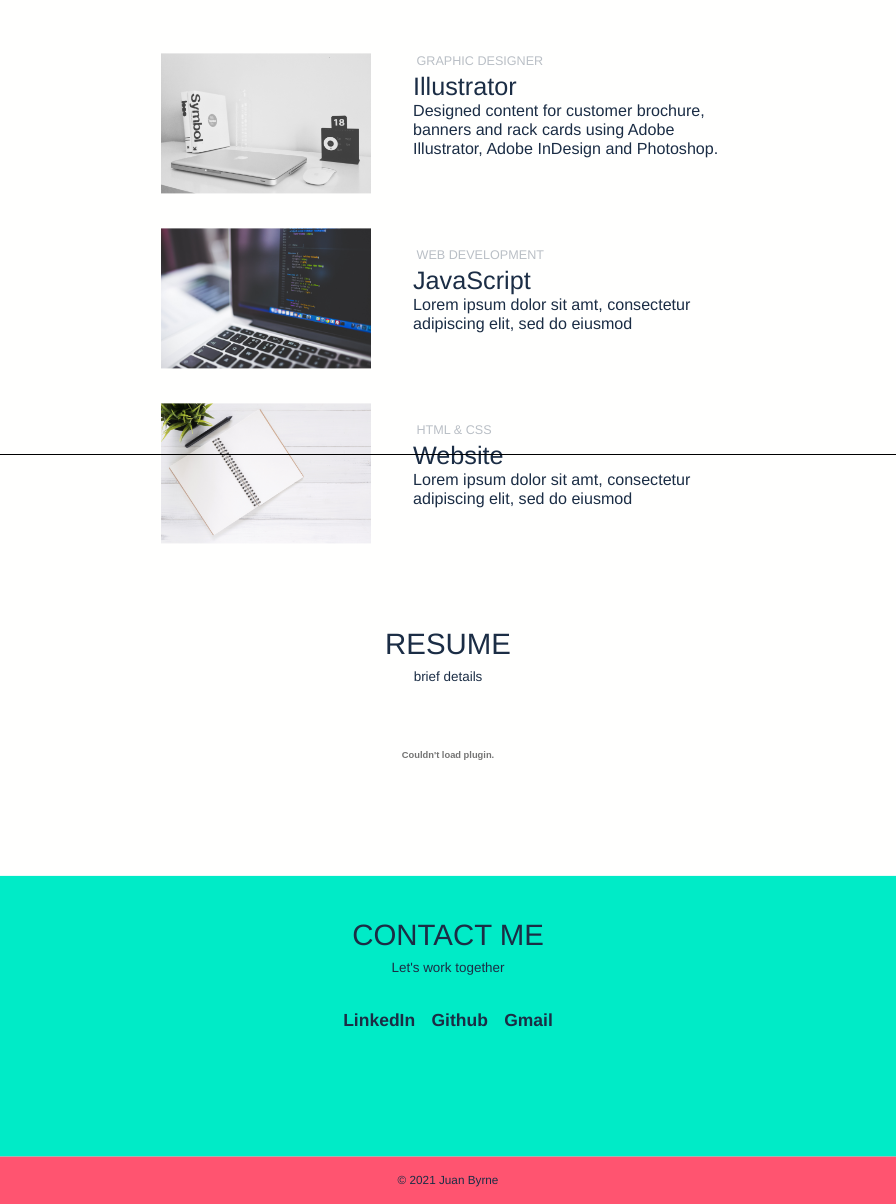
Repository: jb150524/JB-Portfolio
Page: index.html
An editor plug-in stored every save of this project. The page is shown before and after a run of saves, followed by the edit.
The browser window is 1280 px wide. The pictures show the part of the page from y = 2256 to 4176 px (the page is 3976 px tall before and 4176 px after), at 70% of full size.
Some icons come from a web library that is not loaded, so they are not drawn.

Above is the page before, as saved 2021-07-28 00:06:41.

### index.html
<!DOCTYPE html>
<!-- saved from url=(0053)file:///Users/jja/FullStack_HW/juanwebsite/index.html -->

    <html lang="en"><head><meta http-equiv="Content-Type" content="text/html; charset=UTF-8">

    <meta http-equiv="X-UA-Compatible" content="IE=edge">
    <meta name="viewport" content="width=device-width, initial-scale=1.0">

    <!-- CSS style sheet -->
    <link rel="stylesheet" href="style.css">



    <title>Juan's Portfolio</title>
    </head>

    <body>
    <header>
      <nav class="top-nav">
       <ul class="nav-list">
       <li>
       <a href="file:///Users/jja/FullStack_HW/juanwebsite/index.html">Home</a>
       <a href="file:///Users/jja/FullStack_HW/juanwebsite/index.html#about">About</a>
       <a href="file:///Users/jja/FullStack_HW/juanwebsite/index.html#portfolio">Portfolio</a>
       <a href="file:///Users/jja/FullStack_HW/juanwebsite/index.html#resume">Resume</a>
       <a href="file:///Users/jja/FullStack_HW/juanwebsite/index.html#contact">Contact</a>
       </li>
      </ul>
      </nav>

    <div class="main">
      <div class="landing-text">
        <h1>JuanByrne</h1>
        <h6>Graphic Designer and Web Developer</h6>
      </div>
    </div>
    </header>

    <section class="about" id="about">
      <div class="container">
          <a class="about-details">
        <div class="about-heading">
          <h1>About</h1>
          <h6>Myself</h6>
        </div>
        <p>
        I'm a Graphic Designer trying to become a full stack developer. I am from Guadalajara, Mexico. I was born in Mexico, but at a young age I moved to the USA. One of my favorite hobbies is playing competative soccer. Playing soccer has taught me perseverance, how to be a team player, and most importantly how to lose. I currently live in Wayne, Pennsylvania, but have previously lived in Guadalajara, Mexico and Orange County, California. I want to become a web developer because I want to learn a skill that motivates me and pushes me to try new things. I am excited about web developing and want a career that gives me a spark, like I get when I play soccer, with competitiveness, passion, and the belief that I can succeed.
        </p>
          </a>
      </div>
    </section>
      <a class="about-details">
        <section class="experience" id="experience">
            <div class="container">
              <div class="section-heading">
                <h1>Experience</h1>
                <h6>What I can do for you</h6>
              </div>
        <div class="my-skills">
          <div class="skills" ="">
           <div class="icon-container">
            <i class="fas fa-code"></i>
          </div>
            <h1>Graphic Designer</h1>
            <p>
            I'm a Graphic Designer with 2 years of experience working in the advertising industry. Possesses a high degree of competence using programs such as Adobe Photoshop, InDesign, and HTML & CSS.
            </p>
        </div>

        <div class="skills">
          <div class="icon-container">
            <i class="fas fa.codse"></i>
          </div>
            <h1>Web Development</h1>
            <p>
            Learning to become a Web developer and to sharpen my skills. I have a great understanding in Javascript and HTML & CSS.
            </p>
          </div>
        </div>
        </div>
      </section>
    </a>

      <section class="portfolio" id="portfolio"><a class="about-details"></a>
        <div class="container"><a class="about-details">
          <div class="section-heading">
            <h1>Portfolio</h1>
            <h6>View my recent work</h6>
            </a>
            </div>
          </div>
          <div class="portfolio-item"><a class="about-details">
            <div class="portfolio-img has-margin-right">
              <img src="images/desk.jpg" alt="">
            </a>
            </div>
              </a><div class="portfolio-description"><a class="about-details">
              <h6>Graphic Designer</h6>
              <h1>Illustrator</h1>
              <p>
              Designed content for customer brochure, banners and rack cards using Adobe Illustrator, Adobe InDesign and Photoshop.
              </p>
            </a><a href="file:///Users/jja/FullStack_HW/juanwebsite/index.html#" class="cta"> View Details</a>
        </div>
        </div>
        <div>

     <div class="portfolio-item">
          <div class="portfolio-img has-margin-right">
            <img src="images/laptop.jpg" alt="">
            </div>
            <div class="portfolio-description">
            <h6>Web Development</h6>
            <h1>JavaScript</h1>
            <p>
            Lorem ipsum dolor sit amt, consectetur adipiscing elit, sed do eiusmod
            </p>
            <a href="file:///Users/jja/FullStack_HW/juanwebsite/index.html#" class="cta"> View Details</a>
            </div>
        </div>

      <div>
          <div class="portfolio-item">
            <div class="portfolio-img has-margin-right">
              <img src="images/notebook.jpg" alt="">
              </div>
              <div class="portfolio-description">
              <h6>HTML & CSS</h6>
              <h1>Website</h1>
              <p>
              Lorem ipsum dolor sit amt, consectetur adipiscing elit, sed do eiusmod
              </p>
              <a href="file:///Users/jja/FullStack_HW/juanwebsite/index.html#" class="cta"> View Details</a>
            </div>
          </div>
      </div>
    </section>

    <section class="resume" id="resume">
      <div class="container">
        <div class="section-heading">
        <h1>Resume</h1>
        <h6>brief details</h6>
        <embed src="JByrne Resume 2021 FINAL.pdf" type="application/pdf" width="50%" height="100px" />
        <!-- <input type="button" value="Download!"> -->
        </div>
        </div>

    <section class="contact" id="contact">
        <div class="container">
          <div class="section-heading">
          <h1>Contact Me</h1>
          <ul>
          <li>
          <h6>Let's work together</h6>
          <a href="file:///Users/jja/FullStack_HW/juanwebsite/www.linkedin.com/in/juan-byrne-43869ab7">LinkedIn</a>
          <a href="https://github.com/jb150524">Github</a>
          <a href="file:///Users/jja/FullStack_HW/juanwebsite/juan1505@gmail.com">Gmail</a>
          </li>
          </ul>
        </div>
       </div>
    </section>

    <footer class="copyright">
      <div class="up" id="up">
       <i class="fas fa-chevron-up"></i>
      </div>
      <p>© 2021 Juan Byrne</p>
    </footer>
  </section>

   <!-- adding icons -->
   <script src="https://fontawesome.com/v5.15/icons/code?style=solid" crossorigin="anonymous"></script>

</body>
</html

### style.css
/* Start global*/

* {
    margin: 0;
    padding: 0;
    box-sizing: border-box;
}

html {
    font-size: 12px;
    font-family: Helvetica, sans-serif;
    /* color: rgb(255, 255, 255); */
}

body {
    width: 100%;
    height: 100%;
    background-color: #fffffe;
    background-size: cover;
}

section {
    padding: 60px 0;
}

h6 {
    color: #1b2d45;
    margin: 5px;
}

a {
    text-decoration: none;
    color: #1b2d45;
}

p {
   font-size: 23px;
   font-weight: 300;
   color: #1b2d45;
}



img {
    max-width: 100%;
    height: auto;
}

.main {
    padding: 16px;
    margin-top: 30px;
    height: 1500px; /* Used in this example to enable scrolling */
  }

/* Start reusable*/

.container {
    width: 50%;
    max-width: 120rem;
    height: 100%;
    margin: 0 auto;
    position: relative;
}

.container-details p {
    font-size: 200px;
    padding: 35px;
}

.section-heading {
    text-align: center;
    margin-bottom: 10rem;
}

.section-heading h1 {
    font-family: major mono display, Helvetica, sans-serif;
    font-size: 3.5rem;
    color: #1b2d45;
    text-transform: uppercase;
    font-weight: 300;
    position: relative;
    margin-bottom: 1rem;
}

.section-heading h1::before,
.section-heading h1::after {
    content: "";
    position: absolute;
    bottom: -.5rem;
    left: 50%;
    transform: translateX(-59%);
    background: color #fff8e8;
}

.section-heading h1::before {
    width: 10rem;
    height: 3px;
    border-radius: .8rem;
}

.section-heading h1::after {
    height: 1.5rem;
    border-radius: .100%;
    bottom: 1rem;
}

.section-heading h6 {
    font-size: 1.6rem;
    font-weight: 300;
    margin-bottom: 50px;
}

.has-margin-right {
    margin-right: 5rem;
}
/* End reusable*/

/* Start header*/
header {
    width: 100%;
    height: 100vh;
}

.nav-list {
    z-index: 2;
    top: 0;
    background:#00ebc7;
    overflow: hidden;
    font-size: 35px;
    font-family: major mono display;
    margin: 0;
    padding: 20px;
    position: fixed;
    list-style: none;
    width: 100%;
    display: flex;
    justify-content: center;
    align-items: flex-start;
    text-decoration: none;
}

li {
    margin: 0;
    list-style: none;
}

.nav-link {
    font-family: Arial, Helvetica, sans-serif;
    font-size: 15px;
    padding: 5px;
}

.nav-link:hover,
.nav-ink:focus {
    background: linear-gradient(to top, #5725b3, #9e91e9 );
    -webkit-background-clip: text;
    -webkit-text-fill-color: transparent;

}

.landing-text{
    position: absolute;
    top: 50%;
    left: 50%;
    transform: translate(-50%, -50%);
    width: 100%;
    text-align: center;
    z-index: 1;
}

.landing-text h1 {
    font-size: 150px;
    font-family: major mono display, Helvetica, sans-serif, Helvetica, sans-serif;
    background: linear-gradient(to top, #110202, #000000 );
    -webkit-background-clip: text;
    -webkit-text-fill-color: transparent;
    padding: 1rem;
    user-select: none;

}

.landing-text h6 {
    font-size: 2rem;
    font-weight: 300;
}
/* End header*/

.about .container {
    display: flex;
    align-items: center;
    justify-content: center;
}

.about-heading {
    text-align: center;
    text-transform: uppercase;
    line-height: 10px;
    margin-bottom: 6rem;
}

.about-heading h1 {
    font-size: 10rem;
    opacity: .3;
    font-family: major mono display;
}

.about-heading h6 {
    font-size: 2rem;
    font-weight: 300;
}

/* .about-container p {
   font-size: 50px;
} */

.profile-img {
    max-width: 100%;
    display: inline-block;
}

/* Start services*/

.my-skills {
    display: grid;
    grid-template-columns: repeat(auto-fit, minmax(25rem, 1fr));
    grid-gap: 2.5rem;
    text-align: center;
}

.skills p {
    padding: 15px 5px 5px 5px;
    text-align: left;
}

.skills h1 {
    text-transform: uppercase;
    letter-spacing: 2px;
    margin: 2rem -2px 2rem 0;
}

.icon-container {
    width: 10rem;
    height: 10rem;
    border: 2px solid #1b2d45;
    background-color: #00ebc7;
    margin-bottom: 2rem;
    display: inline-block;
}

.icon-container i {
    color:#1b2d45;
    font-size: 5rem;
    margin: auto;
}
/* End services*/

/* Start portfolio*/

.portfolio-item {
    display: flex;
    align-items: end;
    justify-content: center;
    flex-direction: row;
    flex-wrap: wrap;
    align-content: stretch;
    margin-bottom: 50px;

}
.portfolio-img {
    width: 300px;
    height: 200px;
    background-size: 100%;
}

.portfolio-item:last-child {
    margin: 0;
}

.portfolio-description {
    flex: .5;
    color: #1b2d45;

}

.portfolio-description h1 {
    font-size: 3rem;
    font-weight: 300;
    margin: 1px 0;
    display: contents;
}

.portfolio-description h6 {
    font-size: 1.5rem;
    text-transform: uppercase;
    font-weight: 300;
    opacity: 0.3;
}

.portfolio-description .cta {
    display: inline-block;
    margin-top: 2.5rem;
    font-size: 1.5rem;
    text-transform: uppercase;
    color: #fffffe;
    transition: color 650ms;
}

.portfolio-description .cta:hover {
    color: #2f67cd;
}
/* End portfolio*/


/*Star contact*/

.contact {
    background-color:#00ebc7;
}

.contact a {
    font-weight: bold;
    margin: 10px;
    margin-top: 20px;
    padding: 15px 0;
    text-align: center;
    font-size: 25px;
}

/*End contact*/

/*Star footer*/

.copyright {
    width: 100%;
    text-align: center;
    background-color:#ff5470;
    padding: 2rem 0;
    position: absolute;
    display: block;
}

/* .up {
    position: absolute;
    width: 5rem;
    height: 5rem;
    background-color: burlywood;
    top: -2.5rem;
    right: 5rem;
    border-radius: 100%;
    display: flex;
    animation: pulse 2s infinite;
    cursor: pointer;
}

.up i {
    color: navy;
    font-size: 2rem;
    margin: auto;
} */

.copyright p {
    font-size: 1.4rem;
}
/*End footer*/

/*Start Button animation*/

@keyframes pulse {
    0%{
        box-shadow: 0 0 0 0 rgba(253, 87, 191, 0.99);
    }
    70%{
        box-shadow: 0 0 0 2rem rgba(253, 87, 191, 0);
    }
    100%{
        box-shadow: 0 0 0 0 rgba(253, 87, 191, 0);
    }
}
/*End Button animation*/

/*Start media queries*/

@media screen and (max-width: 768px) {
    body {
        background-color: #fffffe;
        background-size: cover;
    }

    .landing-text h1 {
        font-size: 70px;
    }

    .landing-text h6 {
        font-size: 1.7rem;
    }

    .nav-list {
        font-size: 15px;
    }

    li {
        margin: 2rem 0;
    }

    .nav-ink {
        font-size: 4.5rem;
    }

    .about-heading {
        font-size: 15px;
    }

    .section-heading h1 {
        font-size: 3rem;
    }

    .about-details .nav-list {
        flex-direction: initial;
    }

    .about-details li {
        font-size: 10px;
        margin: 0 2rem;
    }

@media screen and (max-width: 600px) {

    .landing-text h1 {
        font-size: 8rem;
    }

    .landing-text h6 {
        font-size: 1.4rem;
    }

    .nav-link {
        font-size: 3.5rem;
    }

    .profile-img {
        margin-top: 0 0 7rem 0;
    }

    .portfolio-item {
        flex-direction: column;
    }

    .portfolio-img {
        margin: 0 0 2rem 0;
        order: 1;
    }

    .portfolio-description {
        margin: 0;
        order: 2;
    }

    form {
        width: 100%;
    }

    .up {
        right: 2rem;
    }
}
/*End media queries*/

After the next 2 saves:
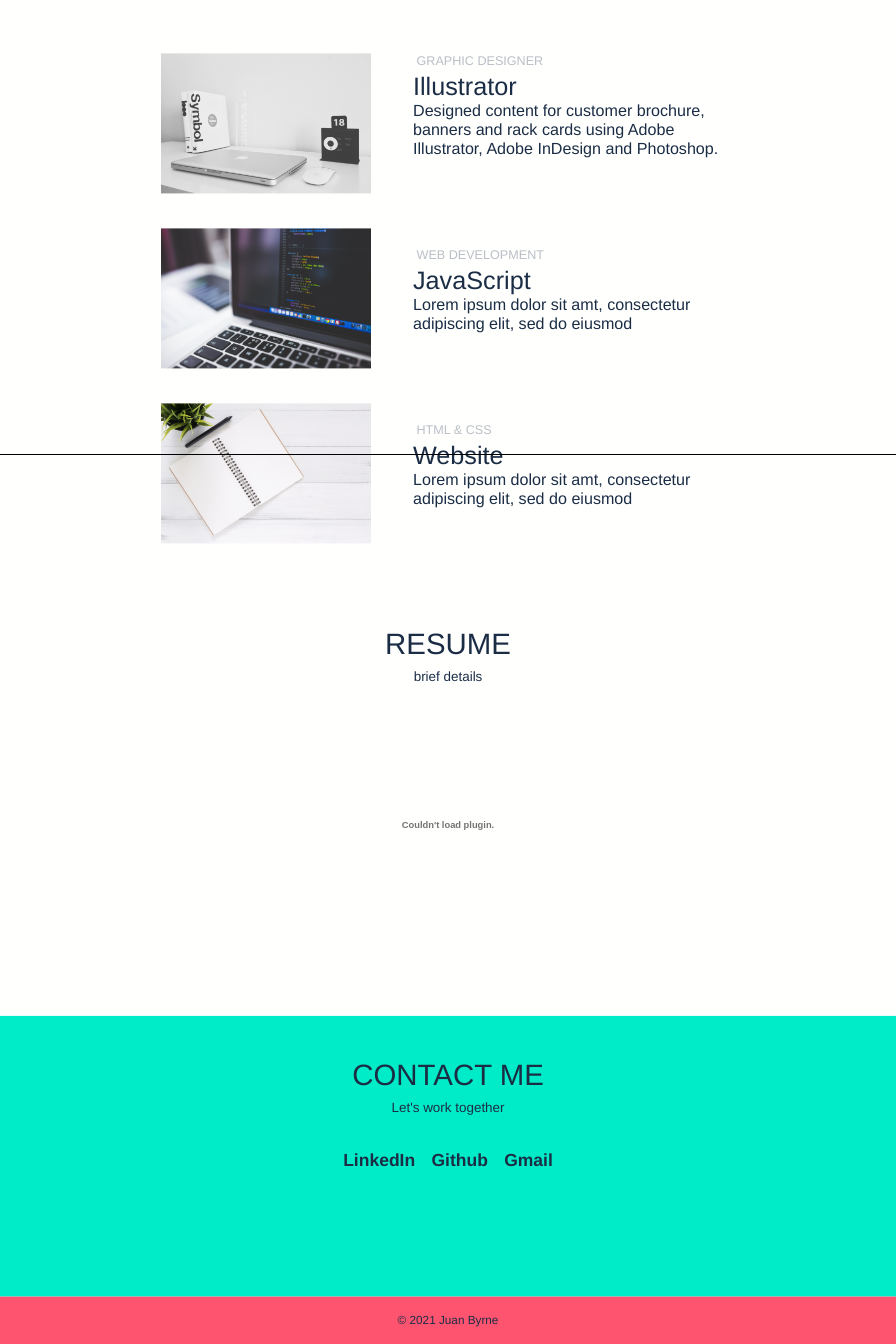
The 2 saves are shown as one change because they came seconds apart.
The last was saved 8 min 46 s later.
--- a/index.html
+++ b/index.html
@@ -141,7 +141,7 @@
         <div class="section-heading">
         <h1>Resume</h1>
         <h6>brief details</h6>
-        <embed src="JByrne Resume 2021 FINAL.pdf" type="application/pdf" width="50%" height="100px" />
+        <embed src="JByrne Resume 2021 FINAL.pdf" type="application/pdf" width="50%" height="300px" />
         <!-- <input type="button" value="Download!"> -->
         </div>
         </div>
